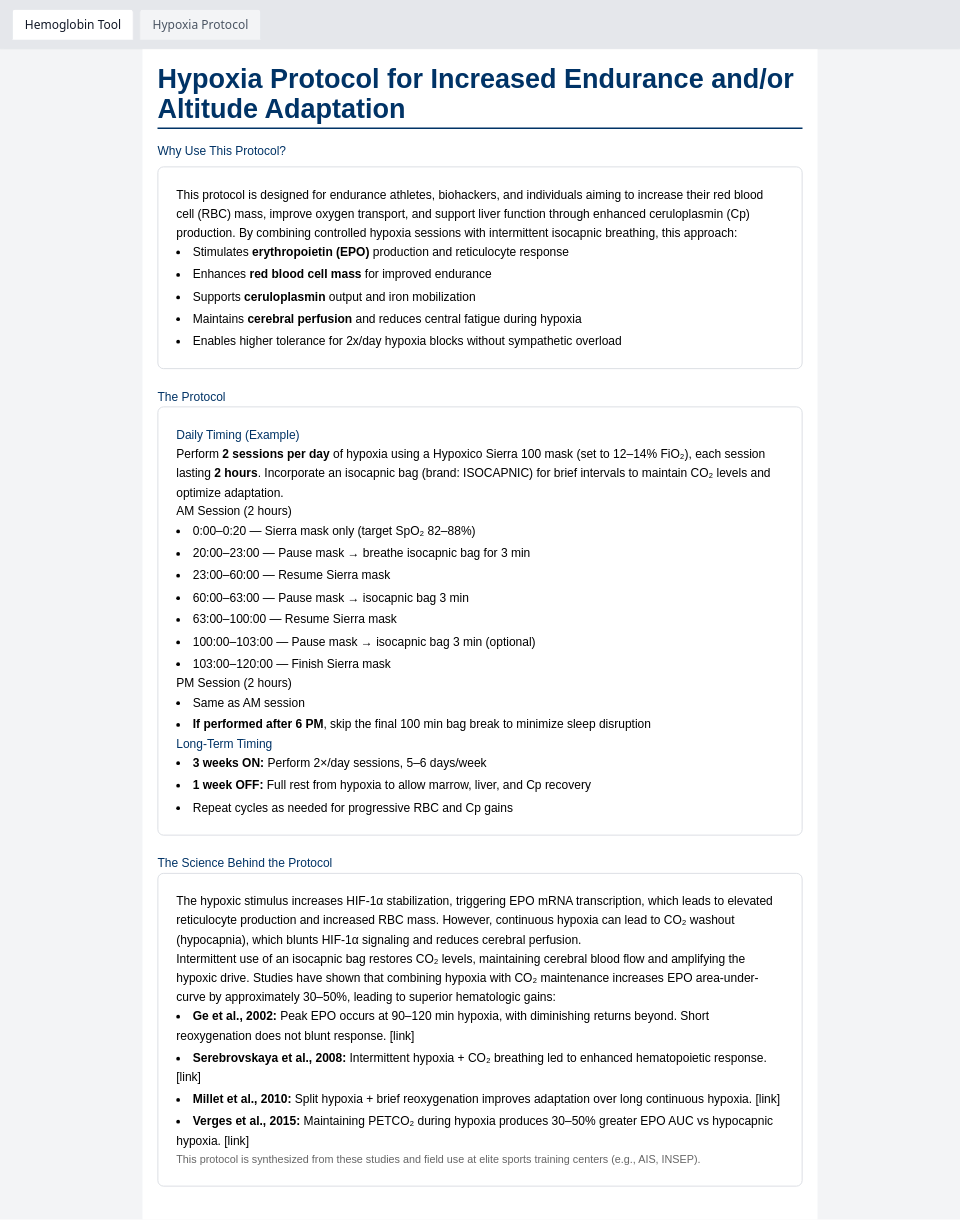
Repository: austenhughes1/hemoglobin_rbc_metrics
Page: hypoxia_protocol.html
An editor plug-in stored every save of this project. The page is shown before and after the next save, followed by the edit.
The browser window is 1280 px wide. The pictures show the whole page, at 75% of full size.
Some web libraries are served in a nearby version.

Above is the page before, as saved 2025-06-25 13:14:05.

After the next save:
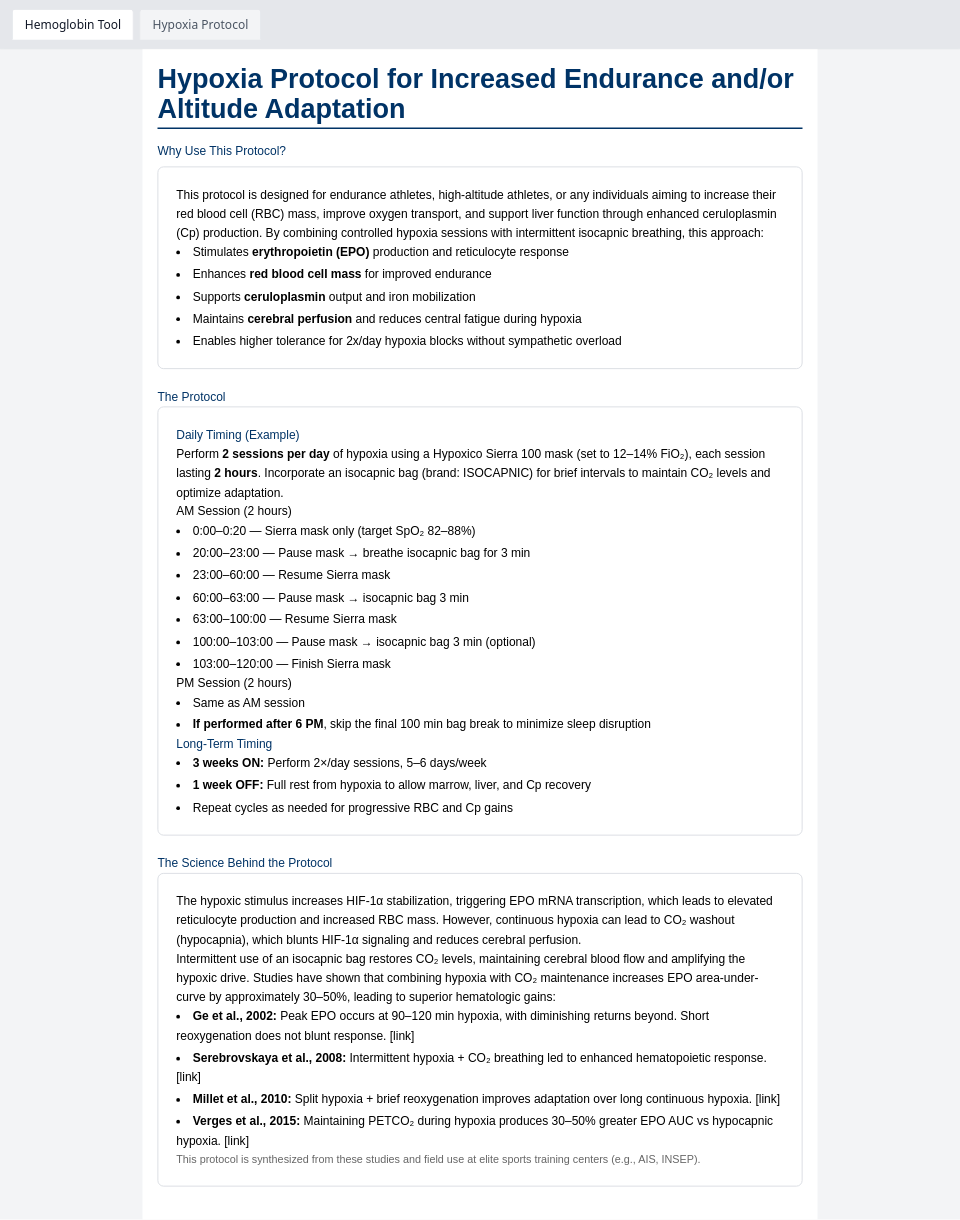
Saved 61 s later.
--- a/hypoxia_protocol.html
+++ b/hypoxia_protocol.html
@@ -47,7 +47,7 @@
     <h2 class="mb-2">Why Use This Protocol?</h2>
     <section class="border border-gray-300 rounded-lg p-6 mb-6 bg-white">
         <p>
-        This protocol is designed for endurance athletes, biohackers, and individuals aiming to increase their red blood cell (RBC) mass, improve oxygen transport, and support liver function through enhanced ceruloplasmin (Cp) production. By combining controlled hypoxia sessions with intermittent isocapnic breathing, this approach:
+        This protocol is designed for endurance athletes, high-altitude athletes, or any individuals aiming to increase their red blood cell (RBC) mass, improve oxygen transport, and support liver function through enhanced ceruloplasmin (Cp) production. By combining controlled hypoxia sessions with intermittent isocapnic breathing, this approach:
         </p>
         <ul class="list-disc list-inside space-y-1">
         <li>Stimulates <strong>erythropoietin (EPO)</strong> production and reticulocyte response</li>
